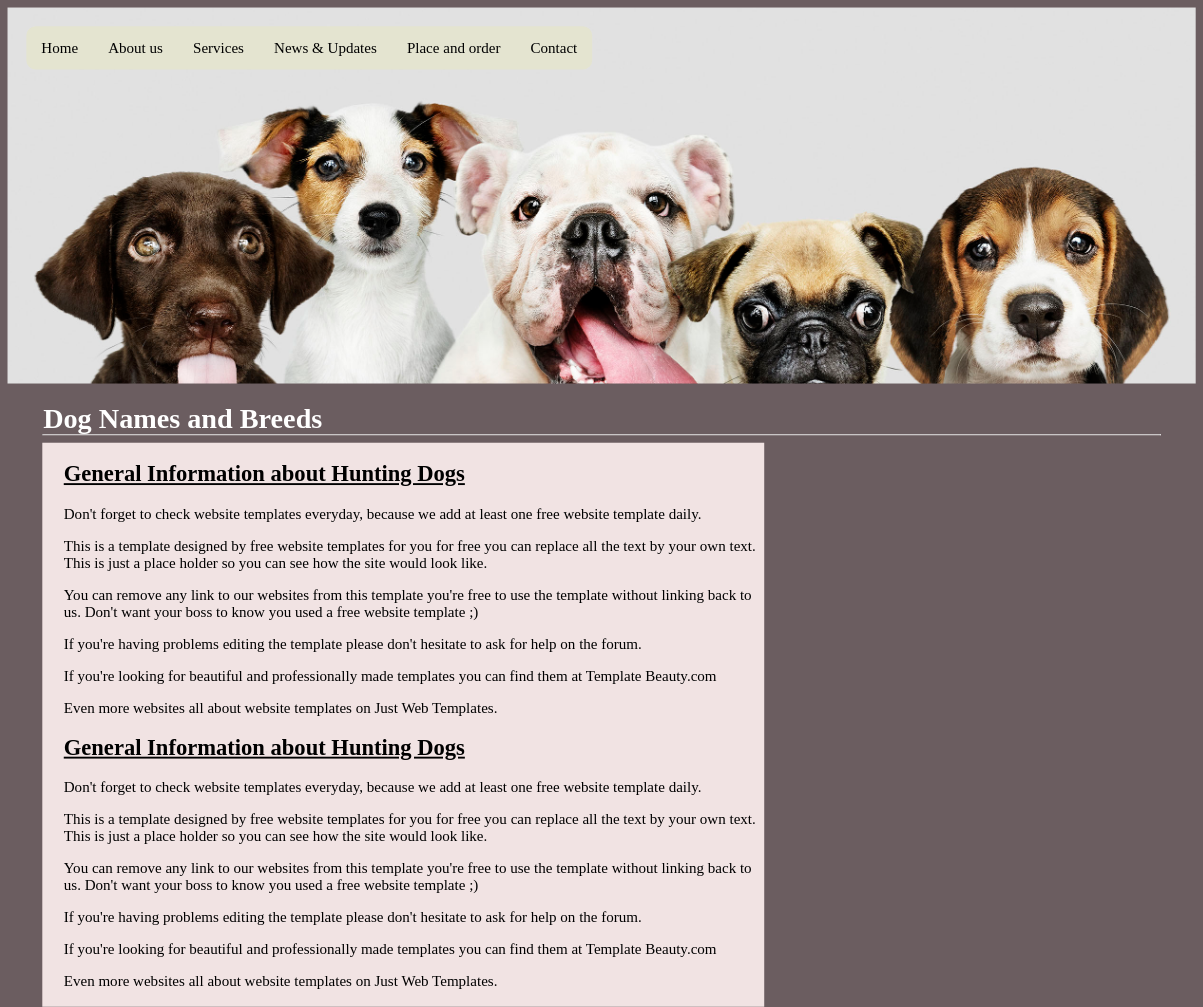
Repository: Tayma-Kazmouz/labwork
Page: index.html
An editor plug-in stored every save of this project. The page is shown before and after the next save, followed by the edit.
The browser window is 1280 px wide. The pictures show the whole page, at 94% of full size.

Above is the page before, as saved 2022-04-04 16:51:21.

After the next save:
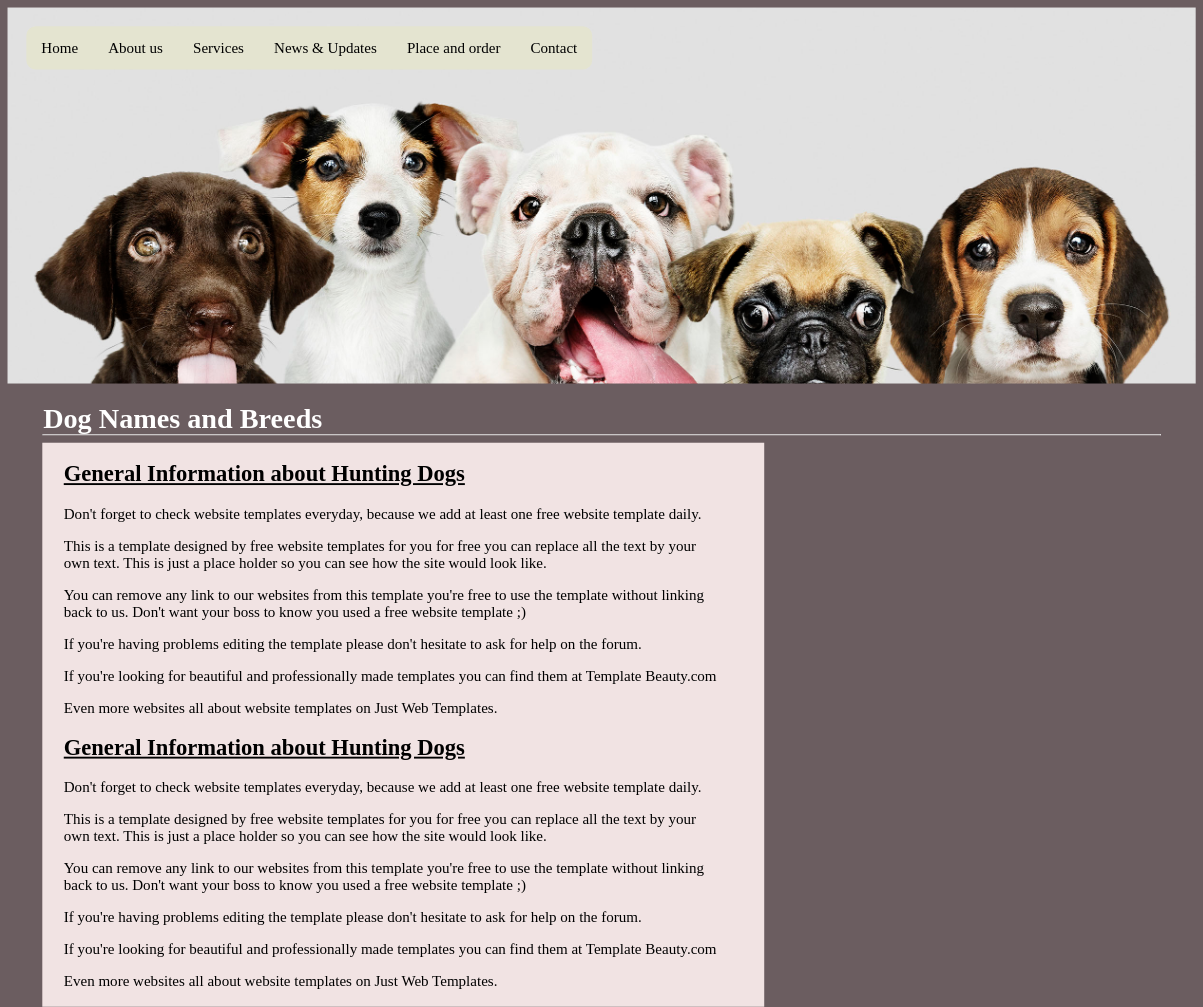
Saved 28 s later.
--- a/styles.css
+++ b/styles.css
@@ -56,8 +56,10 @@ h1{
 h2{
     text-decoration: underline;
     padding-left: 3%;
+    padding-right: 6%;
 }
 
 p{
     padding-left: 3%;
+    padding-right: 6%;
 }
